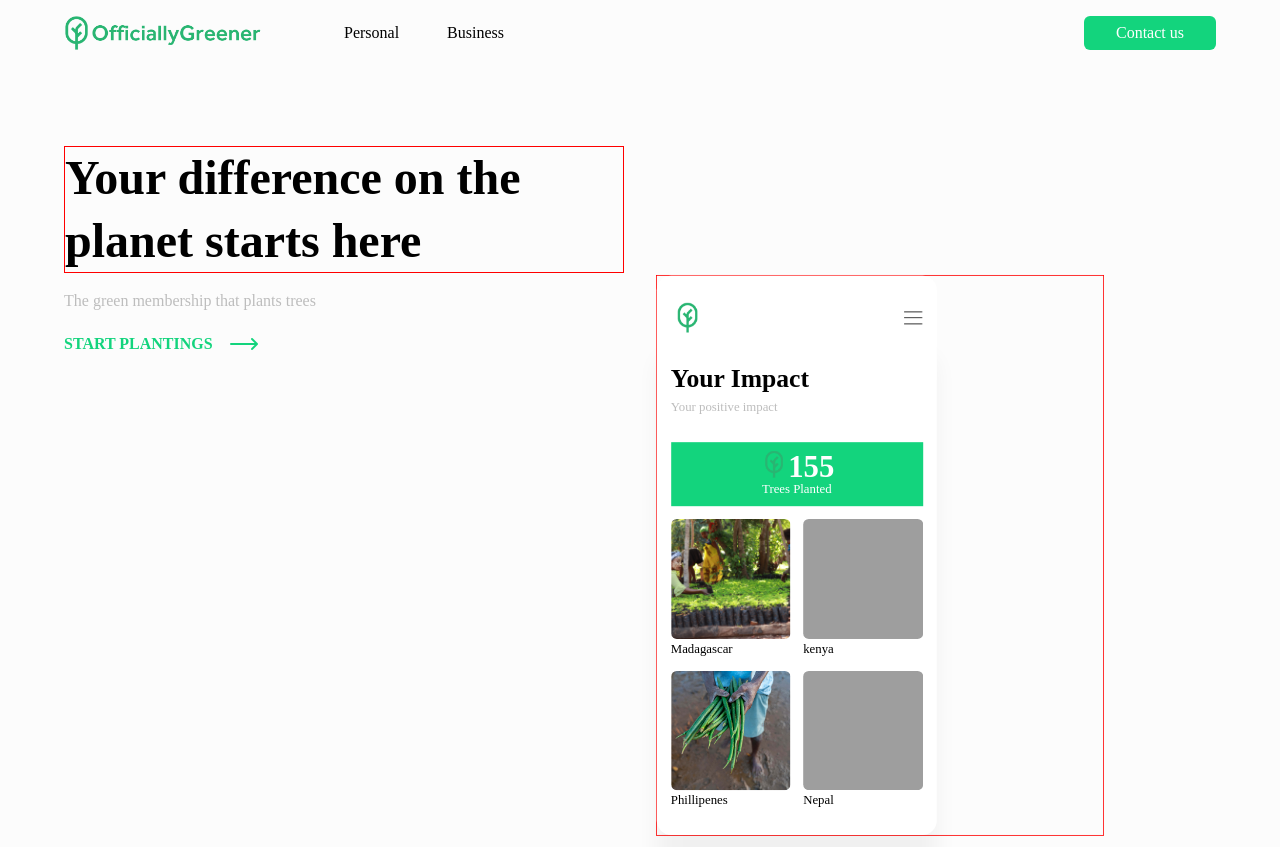
Repository: Sinkycode/Officially-Greener
Page: index.html
The author's editor kept a copy of each file at every save. The page is drawn from the files as they stood at one save, then again after the next save.
The browser window is 1280 px wide. The pictures show the whole page.
Pictures or frames that could not be fetched are drawn as grey boxes.

Above is the page before, as saved 2023-03-07 23:24:03.

After the next save:
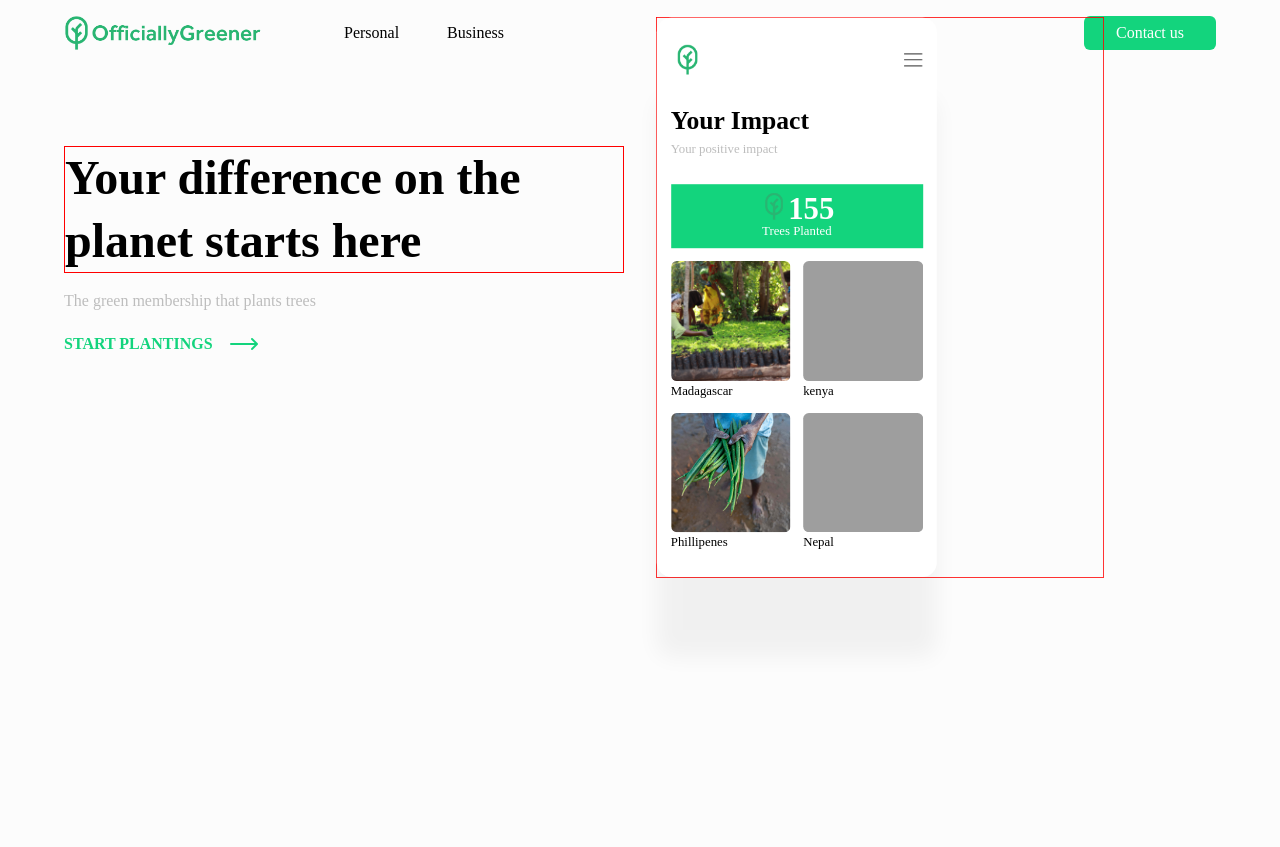
Saved 6 s later.
--- a/style.css
+++ b/style.css
@@ -121,7 +121,7 @@
 
 .mockup {
   transform: scale(.8);
-  transform-origin: 0% 92%;
+  transform-origin: 0% -92%;
   border: 1px solid red;
 }
 
